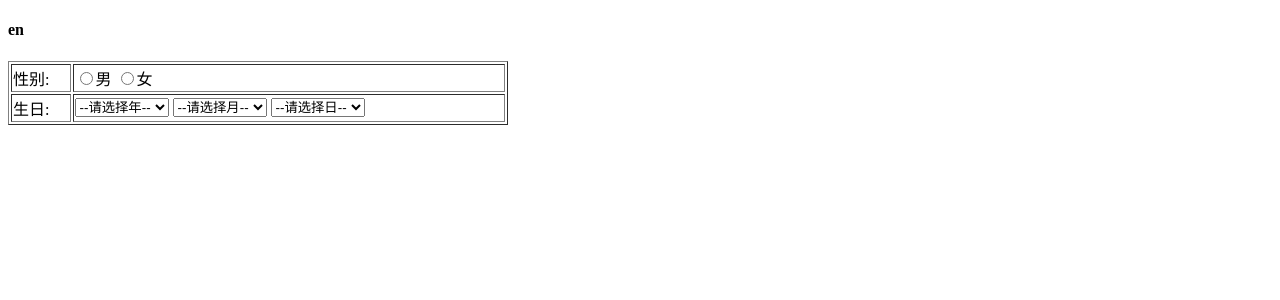
Repository: Qwenicq/My_project
Page: html/HTML_learning/exampl.html
The author's editor kept a copy of each file at every save. The page is drawn from the files as they stood at one save, then again after the next save.
The browser window is 1280 px wide. The pictures show the whole page.

Above is the page before, as saved 2023-03-29 21:27:00.

After the next save:
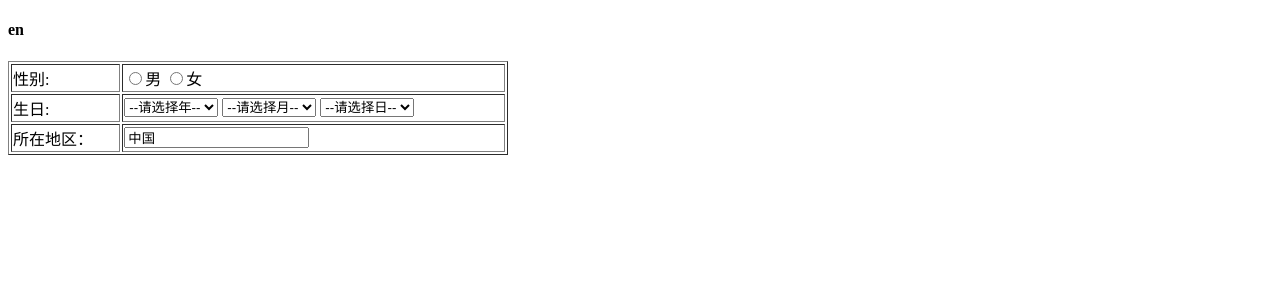
Saved 115 s later.
--- a/html/HTML_learning/exampl.html
+++ b/html/HTML_learning/exampl.html
@@ -50,6 +50,10 @@
                 </select>
             </td>
         </tr>
+        <tr>
+            <td>所在地区：</td>
+            <td><input type="text" value="中国"></td>
+        </tr>
 
     </table>
 </body>
